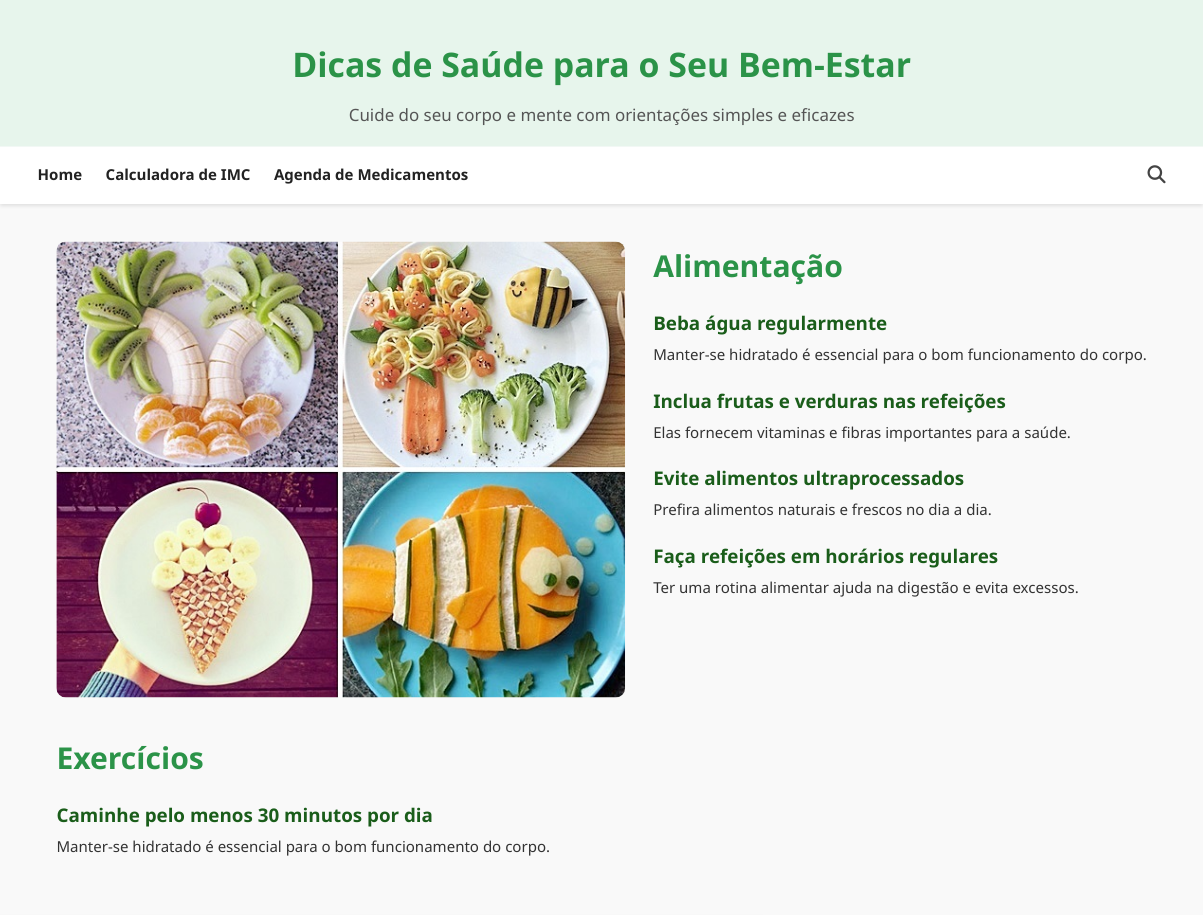
Repository: Cristiane-Sartori14/dicasSaude
Page: index.html
The author's editor kept a copy of each file at every save. The page is drawn from the files as they stood at one save, then again after the next save.
The browser window is 1280 px wide. The pictures show the whole page, at 94% of full size.

Above is the page before, as saved 2025-05-18 22:15:23.

### index.html
<!DOCTYPE html>
<html lang="en">
  <head>
    <meta charset="UTF-8" />
    <meta name="viewport" content="width=device-width, initial-scale=1.0" />
    <title>Dicas de Saúde</title>
    <link rel="stylesheet" href="style.css" />

    <link
      rel="stylesheet"
      href="https://cdnjs.cloudflare.com/ajax/libs/font-awesome/6.5.0/css/all.min.css"
    />
  </head>
  <body>
    <!-- Título principal da página -->
    <section class="main-title">
      <h1>Dicas de Saúde para o Seu Bem-Estar</h1>
      <p>Cuide do seu corpo e mente com orientações simples e eficazes</p>
    </section>

    <!--Cabeçalho-->
    <header class="header">
      <div class="nav-container">
        <nav>
          <ul class="nav-links">
            <li><a href="#">Home</a></li>
            <li><a href="#">Calculadora de IMC</a></li>
            <li><a href="#">Agenda de Medicamentos</a></li>
          </ul>
        </nav>
        <div class="header-icons">
          <div class="icon search-icon">
            <i class="fa-solid fa-magnifying-glass"></i>
          </div>
        </div>
      </div>
    </header>

    <main class="health-container">
      <div class="health-image">
        <img src="img/alimento.jpg" alt="Prato com alimentação saudável" />
      </div>

      <section class="topic" id="" alimentacao>
        <h1 class="health-title">Alimentação</h1>

        <div class="tip">
          <h3>Beba água regularmente</h3>
          <p>
            Manter-se hidratado é essencial para o bom funcionamento do corpo.
          </p>
        </div>

        <div class="tip">
          <h3>Inclua frutas e verduras nas refeições</h3>
          <p>Elas fornecem vitaminas e fibras importantes para a saúde.</p>
        </div>

        <div class="tip">
          <h3>Evite alimentos ultraprocessados</h3>
          <p>Prefira alimentos naturais e frescos no dia a dia.</p>
        </div>

        <div class="tip">
          <h3>Faça refeições em horários regulares</h3>
          <p>Ter uma rotina alimentar ajuda na digestão e evita excessos.</p>
        </div>
      </section>

      <section class="topic" id="exercicios">
         <h1 class="health-title">Exercícios</h1>
          <div class="tip">
            <h3>Caminhe pelo menos 30 minutos por dia</h3>
            <p>Manter-se hidratado é essencial para o bom funcionamento do corpo.
          </p>
        </div>
          </div>



      </section>
    </main>
  </body>
</html>

### style.css
* {
  box-sizing: border-box;
  margin: 0;
  padding: 0;
}

body {
  font-family: "Segoe UI", Tahoma, Verdana, sans-serif;
  background-color: #f9f9f9;
  color: #333;
  line-height: 1.6;
}

/*Título*/
.main-title {
  text-align: center;
  padding: 40px 20px 20px;
  background-color: #e7f5ec;
}

.main-title h1 {
  font-size: 36px;
  color: #2b9348;
  margin-bottom: 10px;
}

.main-title p {
  font-size: 18px;
  color: #555;
}

/* Cabeçalho */
.header {
  background-color: #ffffff;
  box-shadow: 0 2px 4px rgba(0, 0, 0, 0.1);
  padding: 15px 30px;
  position: sticky;
  top: 0;
  z-index: 10;
}

.nav-container {
  max-width: 1200px;
  margin: 0 auto;
  display: flex;
  justify-content: space-between;
  align-items: center;
}

.nav-links {
  list-style: none;
  display: flex;
  gap: 25px;
}

.nav-links a {
  text-decoration: none;
  color: #222;
  font-weight: 600;
  transition: color 0.3s ease;
}

.nav-links a:hover,
.header-icons i:hover {
  color: #2b9348;
}

.header-icons {
  display: flex;
  align-items: center;
  gap: 15px;
}

.icon {
  font-size: 1.2rem;
  background: none;
  border: none;
  cursor: pointer;
  color: #444;
}

/* Conteúdo principal */
.health-container {
  display: flex;
  flex-wrap: wrap;
  max-width: 1200px;
  margin: 40px auto;
  gap: 30px;
  padding: 0 20px;
}

.health-image {
  flex: 1 1 300px;
}

.health-image img {
  width: 100%;
  height: auto;
  border-radius: 10px;
}

.health-details {
  flex: 2 1 500px;
}

.health-title {
  color: #2b9348;
  font-size: 32px;
  margin-bottom: 20px;
}

.tip {
  margin-bottom: 20px;
}

.tip h3 {
  font-size: 20px;
  color: #1a5d1a;
}

.tip p {
  margin-top: 5px;
}

/* Responsivo */
@media (max-width: 768px) {
  .health-container {
    flex-direction: column;
    align-items: center;
  }

  .nav-links {
    flex-direction: column;
    align-items: center;
    gap: 10px;
  }

  .nav-container {
    flex-direction: column;
    gap: 10px;
  }
}

After the next save:
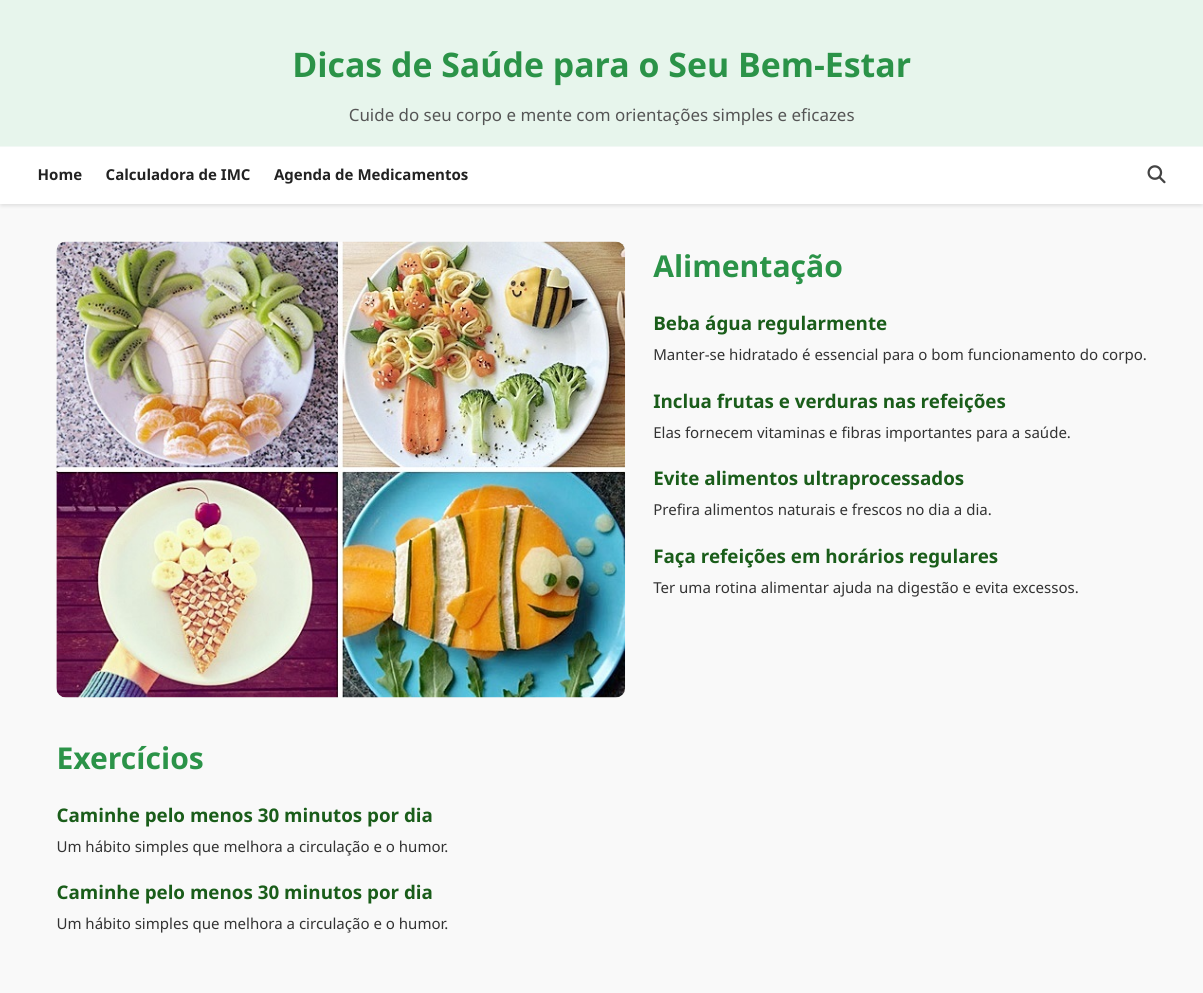
Saved 57 s later.
--- a/index.html
+++ b/index.html
@@ -71,9 +71,11 @@
          <h1 class="health-title">Exercícios</h1>
           <div class="tip">
             <h3>Caminhe pelo menos 30 minutos por dia</h3>
-            <p>Manter-se hidratado é essencial para o bom funcionamento do corpo.
-          </p>
-        </div>
+            <p>Um hábito simples que melhora a circulação e o humor.</p>
+          </div>
+          <div class="tip">
+            <h3>Caminhe pelo menos 30 minutos por dia</h3>
+            <p>Um hábito simples que melhora a circulação e o humor.</p>
           </div>
 
 
